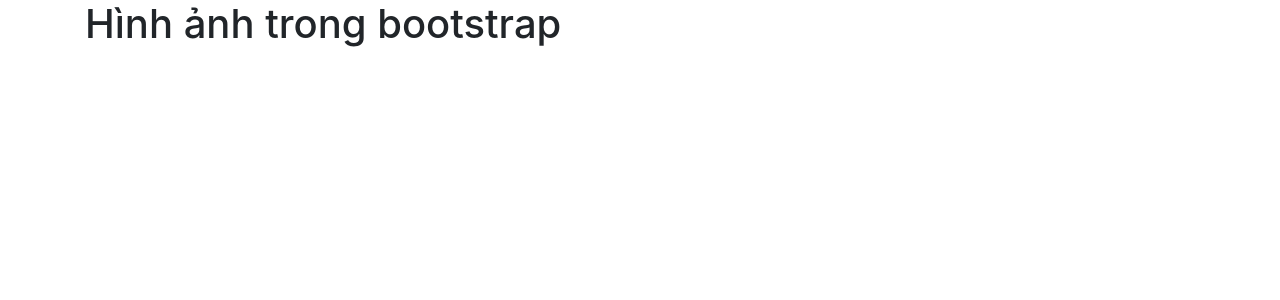
Repository: anhtu2110/front_end
Page: lesson/bootstrap/text-images/3.8-img-responsive.html
An editor plug-in stored every save of this project. The page is shown before and after the next save, followed by the edit.
The browser window is 1280 px wide. The pictures show the whole page.

Above is the page before, as saved 2022-12-02 00:07:55.

After the next save:
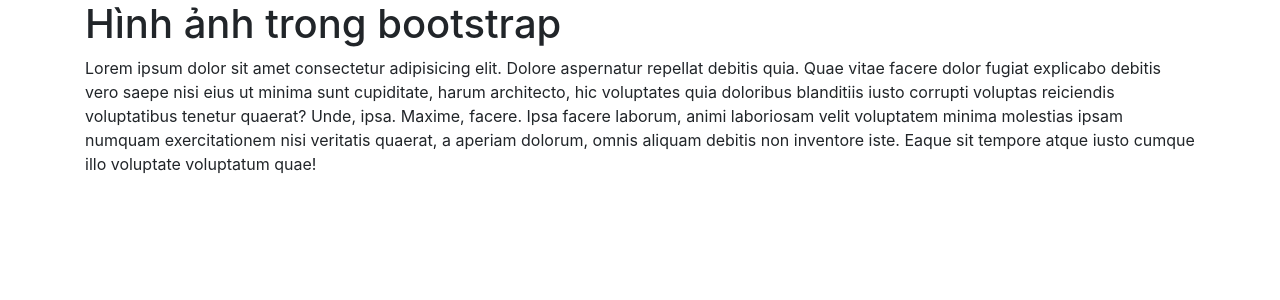
Saved 22 s later.
--- a/lesson/bootstrap/text-images/3.8-img-responsive.html
+++ b/lesson/bootstrap/text-images/3.8-img-responsive.html
@@ -12,6 +12,20 @@
       <div class="row">
         <div class="col-md-12">
           <h1>Hình ảnh trong bootstrap</h1>
+          <div id="post-content">
+            <p>
+              Lorem ipsum dolor sit amet consectetur adipisicing elit. Dolore
+              aspernatur repellat debitis quia. Quae vitae facere dolor fugiat
+              explicabo debitis vero saepe nisi eius ut minima sunt cupiditate,
+              harum architecto, hic voluptates quia doloribus blanditiis iusto
+              corrupti voluptas reiciendis voluptatibus tenetur quaerat? Unde,
+              ipsa. Maxime, facere. Ipsa facere laborum, animi laboriosam velit
+              voluptatem minima molestias ipsam numquam exercitationem nisi
+              veritatis quaerat, a aperiam dolorum, omnis aliquam debitis non
+              inventore iste. Eaque sit tempore atque iusto cumque illo
+              voluptate voluptatum quae!
+            </p>
+          </div>
         </div>
       </div>
     </div>
